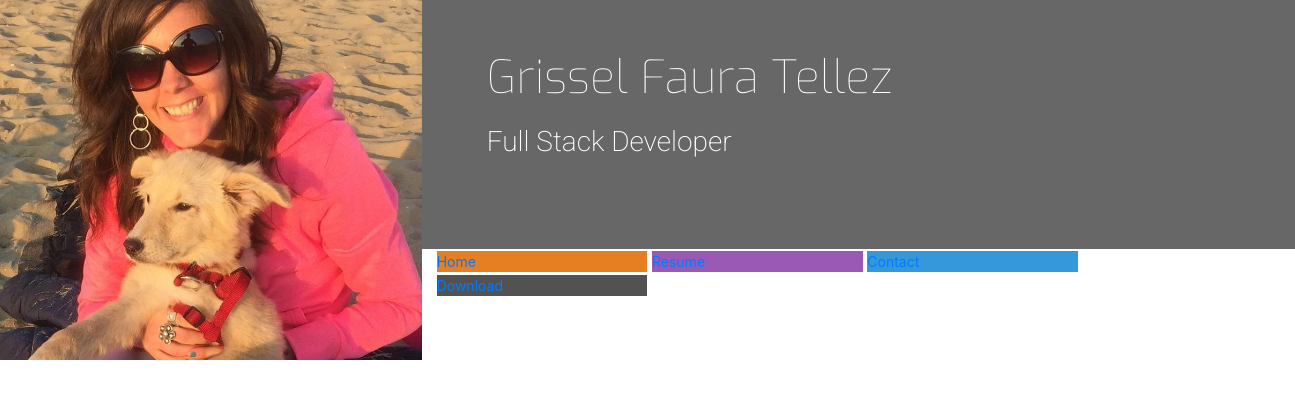
Repository: grisselfaura/Resume-Project-Introduction
Page: index.html
The author's editor kept a record of every edit. The page is drawn from the files as they stood at one moment, then again after the next edit.
The browser window is 1280 px wide. The page is 1295 px wide, so the pictures cover 1295 px, including what lies to the right of the window. The pictures show the whole page.

Above is the page before.

After the next edit:
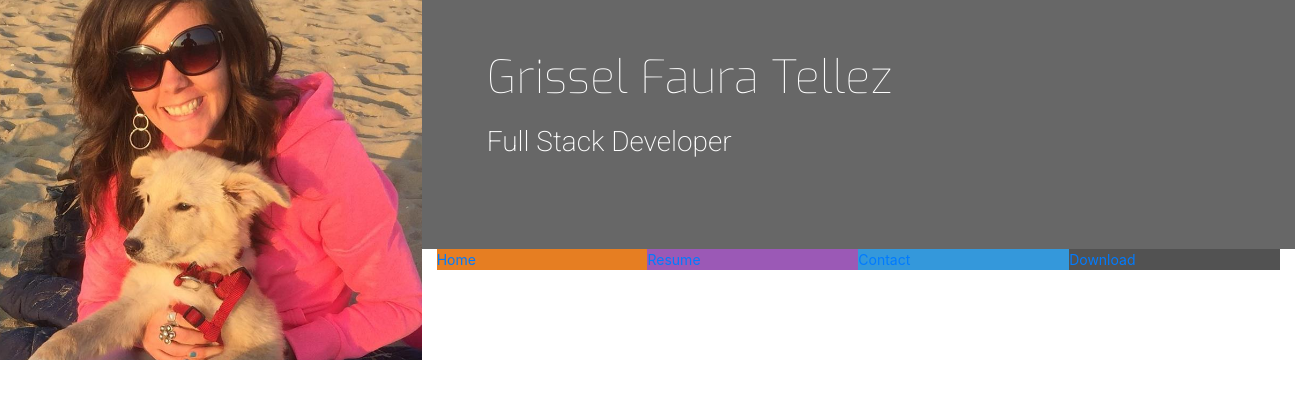
The edit:
--- a/index.html
+++ b/index.html
@@ -21,8 +21,8 @@
                     </div>
                </div>
                <div class="row">
-                   <div class="col">
-                       <ul id="nav" class="list-inline">
+                   <div class="col no-gutters">
+                       <ul id="nav" class="list-inline menucontainer">
                            <li class="col-6 col-sm-3 ui-menu-color-home list-inline-item">
                                <a href="#"><span>Home</span></a>
                            </li>
